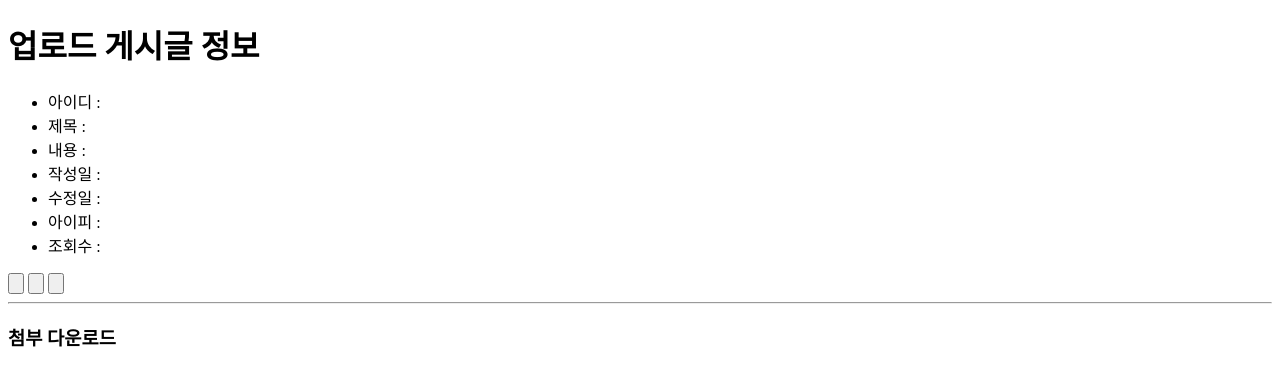
Repository: giljjong/Semi
Page: http://localhost/SemiProject/WEB-INF/views/upload/detail.jsp
These files come from the project's save history. The page is drawn as it stood at one moment and after the next save; the edit follows.
The browser window is 1280 px wide. The pictures show the whole page.
The page is served by Tomcat 9. Nobody is signed in. Other server files are loaded and not shown. The template is opened directly, without the code that normally fills it, so the values that code supplies are empty.

Above is the page before, as saved 2022-11-23 10:54:09.

### SemiProject/src/main/webapp/WEB-INF/views/upload/detail.jsp
<%@ page language="java" contentType="text/html; charset=UTF-8"
    pageEncoding="UTF-8"%>
<%@ taglib uri="http://java.sun.com/jsp/jstl/core" prefix="c" %>
<c:set var="contextPath" value="${pageContext.request.contextPath}"></c:set>
<!DOCTYPE html>
<html>
<head>
<meta charset="UTF-8">
<title>Insert title here</title>
<script src="${contextPath}/resources/js/jquery-3.6.1.min.js"></script>
<script>
	$(function(){
		$('#btn_upload_edit').click(function(){
			$('#frm_upload').attr('action', '${contextPath}/upload/edit');
			$('#frm_upload').submit();
		});

		$('#btn_upload_remove').click(function(){
			if(confirm('첨부된 모든 파일이 삭제됩니다. 삭제하시겠습니까?')){
				$('#frm_upload').attr('action', '${contextPath}/upload/remove');
				$('#frm_upload').submit();
			}
		});

		$('#btn_upload_list').click(function(){
			location.href='${contextPath}/upload/list';
		});
	})
</script>
</head>
<body>
	<div>
		<h1>업로드 게시글 정보</h1>
		<ul>
			<li>아이디 : ${upload.id}</li>
			<li>제목 : ${upload.uploadTitle}</li>
			<li>내용 : ${upload.uploadContent}</li>
			<li>작성일 : ${upload.createDate}</li>
			<li>수정일 : ${upload.modifyDate}</li>
			<li>아이피 : ${upload.ip}</li>
			<li>조회수 : ${upload.hit}</li>
		</ul>
	</div>
	<div>
		<form id= "frm_upload" method= "post">
			<input type="hidden" name="uploadBoardNo" value= "${upload.uploadBoardNo }">
			<input type="button" name="게시글 편집" id="btn_upload_edit" >
			<input type="button" name="게시글 삭제" id="btn_upload_remove">
			<input type="button" name="게시글 목록" id="btn_upload_list">
		</form>
	</div>

	<hr>

	<div>
		<h3>첨부 다운로드</h3>

	</div>
</body>
</html>

Loaded but not shown: SemiProject/src/main/webapp/resources/js/jquery-3.6.1.min.js (library)

After the next save:
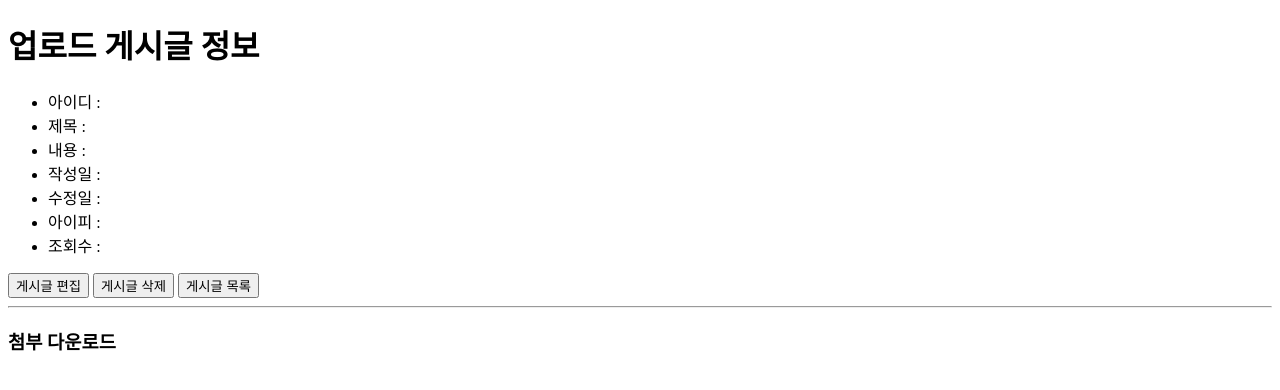
Saved 17 s later.
--- a/SemiProject/src/main/webapp/WEB-INF/views/upload/detail.jsp
+++ b/SemiProject/src/main/webapp/WEB-INF/views/upload/detail.jsp
@@ -44,9 +44,9 @@
 	<div>
 		<form id= "frm_upload" method= "post">
 			<input type="hidden" name="uploadBoardNo" value= "${upload.uploadBoardNo }">
-			<input type="button" name="게시글 편집" id="btn_upload_edit" >
-			<input type="button" name="게시글 삭제" id="btn_upload_remove">
-			<input type="button" name="게시글 목록" id="btn_upload_list">
+			<input type="button" value="게시글 편집" id="btn_upload_edit" >
+			<input type="button" value="게시글 삭제" id="btn_upload_remove">
+			<input type="button" value="게시글 목록" id="btn_upload_list">
 		</form>
 	</div>
 
